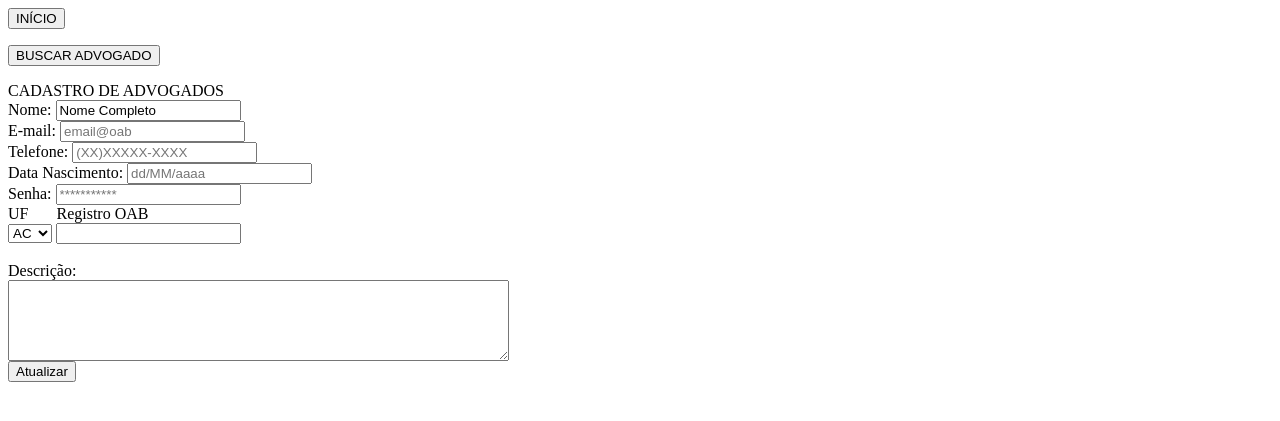
Repository: Natan16/CRUDJUSTTO
Page: http://localhost/CRUDJUSTTOWEB/edita-advogado.jsp
The author's editor kept a copy of each file at every save. The page is drawn from the files as they stood at one save, then again after a run of saves.
The browser window is 1280 px wide. The pictures show the whole page.
The page is served by Tomcat 9. Other server files are loaded and not shown.

Above is the page before, as saved 2019-09-01 00:24:30.

### CRUDJUSTTOWEB/WebContent/edita-advogado.jsp
<%@ page import="utils.Listagens,
				 java.util.List,
                  dao.*,
                  model.*" %>

<html>
     <body>

     	<form action="index.html" method="post">
			<input type="submit" value="INÍCIO" >
		</form>

		<form action="consulta-advogado.jsp" method="post">
			<input type="submit" value="BUSCAR ADVOGADO" >
		</form>
          CADASTRO DE ADVOGADOS <br />

      	<form action="editaAdvogado">


			 Nome: <input type="text" name="nome" value="Nome Completo"  required/><br />
         	 E-mail: <input type="text" name="email" placeholder="email@oab" required/><br />
             Telefone: <input type="text" name="telefone" placeholder="(XX)XXXXX-XXXX"/><br />
             Data Nascimento: <input type="text" name="dataNascimento" placeholder="dd/MM/aaaa"/><br />
             Senha: <input type="password" name="senha" placeholder="***********" required/><br />



                          UF &nbsp;&emsp; Registro OAB <br />
             <select name="ufOAB">
             	<%
             	List<String> ufs = Listagens.getUfs();
			 	for (String uf : ufs ) {
                %>
                	<option value=<%=uf %>><%=uf%></option>
                <%
                }
                %>
  			 </select>
  			 <input type="text" name="registroOAB" /><br />
  			 <br />

             Descrição: <br />
             <textarea rows = "5" cols = "60" name = "desc"></textarea><br>
             <input   type="submit" value="Atualizar" />
         </form>

     </body>
 </html>

### CRUDJUSTTOWEB/src/utils/Listagens.java
package utils;

import java.util.ArrayList;
import java.util.List;


public class Listagens {
	private static List<String> ufs = new ArrayList<>(
			  List.of("AC","AL","AM","AP","BA","CE","DF","ES","GO","MA","MG","MS","MT","PA","PB","PE","PI",
			"PR","RJ","RN","RO","RR","RS","SC","SE","SP","TO"));

	public static List<String> getUfs() {
		return ufs;
	}

	private static List<Character> tiposDeRegistro = new ArrayList<>(
			  List.of('A', 'B' , 'E' , 'N' , 'P' , 'D'));

	public static List<Character> getTiposDeRegistro() {
		return tiposDeRegistro;
	}

}

After the next 2 saves:
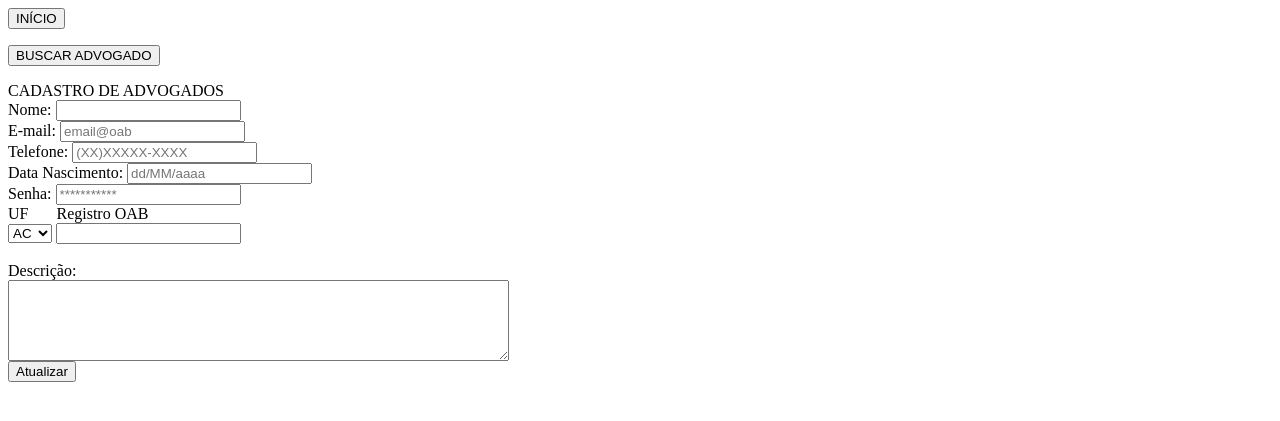
The 2 saves are shown as one change because 1 did not build or start.
The last was saved 25 s later.
--- a/CRUDJUSTTOWEB/WebContent/edita-advogado.jsp
+++ b/CRUDJUSTTOWEB/WebContent/edita-advogado.jsp
@@ -18,7 +18,7 @@
       	<form action="editaAdvogado">
 
 
-			 Nome: <input type="text" name="nome" value="Nome Completo"  required/><br />
+			 Nome: <input type="text" name="nome" value="${param.nome}"  required/><br />
          	 E-mail: <input type="text" name="email" placeholder="email@oab" required/><br />
              Telefone: <input type="text" name="telefone" placeholder="(XX)XXXXX-XXXX"/><br />
              Data Nascimento: <input type="text" name="dataNascimento" placeholder="dd/MM/aaaa"/><br />
